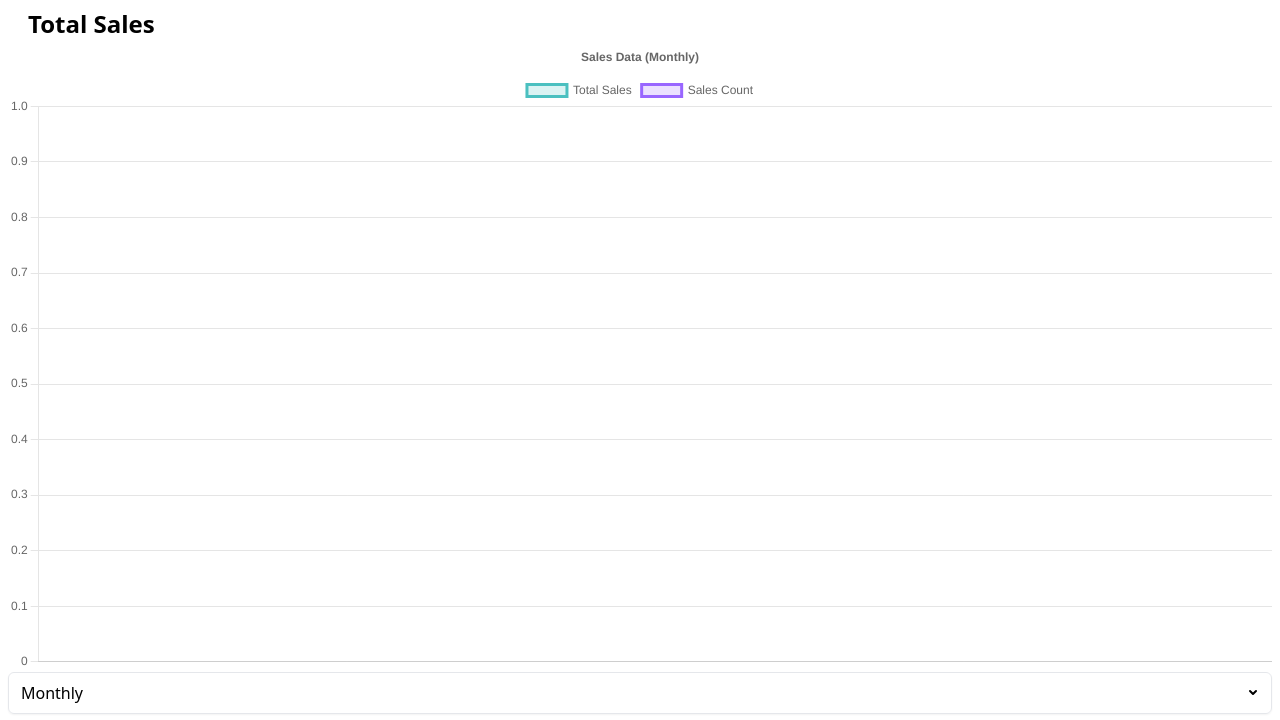
Repository: Qu4ntumGuy/visualize-it
Page: / (app in frontend/)
The author's editor kept a copy of each file at every save. The page is drawn from the files as they stood at one save, then again after the next save.
The browser window is 1280 px wide. The pictures show the whole page.
The page's requests for data from a server got no answer. The project was rebuilt for these pictures with package versions that can differ from the ones it lists, and the page was loaded fresh each time. No one was signed in, and anything a server would have sent is missing.

Above is the page before, as saved 2024-08-19 14:41:18.

### frontend/src/App.js
import axios from "axios";
import TotalSales from "./Components/TotalSales";
import { useEffect, useState } from "react";
import Dropdown from "./Components/Dropdown";

function App() {
  const [data, setData] = useState([]);
  const [dataType, setDataType] = useState("monthly");
  const [inputType, setInputType] = useState("monthlyTotalSales");

  const handleSelect = (option) => {
    setInputType(option);
  };

  const fetchSalesData = async () => {
    try {
      const response = await axios.get(
        `http://localhost:8000/api/${inputType}`
      );
      // console.log(response.data.data);
      setData(response.data.data);
    } catch (error) {
      console.error(error);
    }
  };

  useEffect(() => {
    fetchSalesData();
  }, [inputType]);

  return (
    <div className="h-screen overflow-hidden">
      <div className="h-screen overflow-y-auto p-2 max-w-7xl mx-auto">
        <div className=" text-2xl font-semibold ml-5">Total Sales</div>
        <TotalSales dataType={dataType} fetchedData={data} />
        <div>
          <Dropdown
            options={[
              { value: "monthlyTotalSales", label: "Monthly" },
              { value: "dailyTotalSales", label: "Daily" },
              { value: "quarterlyTotalSales", label: "Quarterly" },
              { value: "yearlyTotalSales", label: "Yearly" },
            ]}
            onSelect={handleSelect}
          />
        </div>
      </div>
    </div>
  );
}

export default App;

### frontend/src/Components/TotalSales.js
import React from "react";
import { Line } from "react-chartjs-2";
import {
  Chart as ChartJS,
  CategoryScale,
  LinearScale,
  PointElement,
  LineElement,
  Title,
  Tooltip,
  Legend,
} from "chart.js";

// Register the necessary components with Chart.js
ChartJS.register(
  CategoryScale,
  LinearScale,
  PointElement,
  LineElement,
  Title,
  Tooltip,
  Legend
);

const TotalSales = ({ dataType, fetchedData }) => {
  console.log(dataType, fetchedData);
  const salesData = fetchedData;
  const labels = salesData.map((item) =>
    dataType === "monthly"
      ? `${item._id.month}/${item._id.year}`
      : `${item._id.quarter}/${item._id.year}`
  );

  const data = {
    labels,
    datasets: [
      {
        label: "Total Sales",
        data: salesData.map((item) => item.totalSales),
        borderColor: "rgba(75, 192, 192, 1)",
        backgroundColor: "rgba(75, 192, 192, 0.2)",
        fill: true,
        tension: 0.3,
      },
      {
        label: "Sales Count",
        data: salesData.map((item) => item.count),
        borderColor: "rgba(153, 102, 255, 1)",
        backgroundColor: "rgba(153, 102, 255, 0.2)",
        fill: true,
        tension: 0.3,
      },
    ],
  };

  const options = {
    responsive: true,
    plugins: {
      legend: {
        position: "top",
      },
      title: {
        display: true,
        text: `Sales Data (${
          dataType.charAt(0).toUpperCase() + dataType.slice(1)
        })`,
      },
    },
    scales: {
      y: {
        beginAtZero: true,
      },
    },
  };

  return <Line data={data} options={options} />;
};

export default TotalSales;

### frontend/src/Components/Dropdown.js
import React, { useState, useEffect, useRef } from "react";

const Dropdown = ({ options, onSelect }) => {
  const [isOpen, setIsOpen] = useState(false);
  const [selectedOption, setSelectedOption] = useState(options[0] || null);
  const dropdownRef = useRef(null);

  const handleSelectOption = (option) => {
    setSelectedOption(option);
    onSelect(option.value);
    setIsOpen(false);
  };

  const handleClickOutside = (event) => {
    if (dropdownRef.current && !dropdownRef.current.contains(event.target)) {
      setIsOpen(false);
    }
  };

  useEffect(() => {
    document.addEventListener("click", handleClickOutside, true);
    return () => {
      document.removeEventListener("click", handleClickOutside, true);
    };
  }, []);

  return (
    <div ref={dropdownRef} className="relative h-full">
      <button
        onClick={() => setIsOpen(!isOpen)}
        className={`inline-flex w-full justify-between border h-full items-center p-2 px-3 rounded-md shadow-sm  focus:outline-none `}
      >
        {selectedOption ? selectedOption.label : "Select an option"}
        <svg
          className="-mr-1 ml-2 h-5 w-5"
          xmlns="http://www.w3.org/2000/svg"
          viewBox="0 0 20 20"
          fill="currentColor"
          aria-hidden="true"
        >
          <path
            fillRule="evenodd"
            d="M6.293 7.293a1 1 0 011.414 0L10 9.586l2.293-2.293a1 1 0 111.414 1.414l-3 3a1 1 0 01-1.414 0l-3-3a1 1 0 010-1.414z"
            clipRule="evenodd"
          />
        </svg>
      </button>

      {isOpen && (
        <div
          className={`bg-gray-300 text-black origin-top-right absolute right-0 mt-2 w-full rounded-md shadow-lg focus:outline-none z-10`}
        >
          <div
            className=""
            role="menu"
            aria-orientation="vertical"
            aria-labelledby="options-menu"
          >
            {options.map((option) => (
              <button
                key={option.value}
                onClick={() => handleSelectOption(option)}
                className={`block w-full text-left px-4 py-2 h-11 hover:bg-gray-200 focus:outline-none`}
                role="menuitem"
              >
                {option.label}
              </button>
            ))}
          </div>
        </div>
      )}
    </div>
  );
};

export default Dropdown;

Loaded but not shown: frontend/public/index.html (common file); frontend/src/index.js (common file); frontend/src/index.css (common file); frontend/src/reportWebVitals.js (common file); frontend/tailwind.config.js (common file)

After the next save:
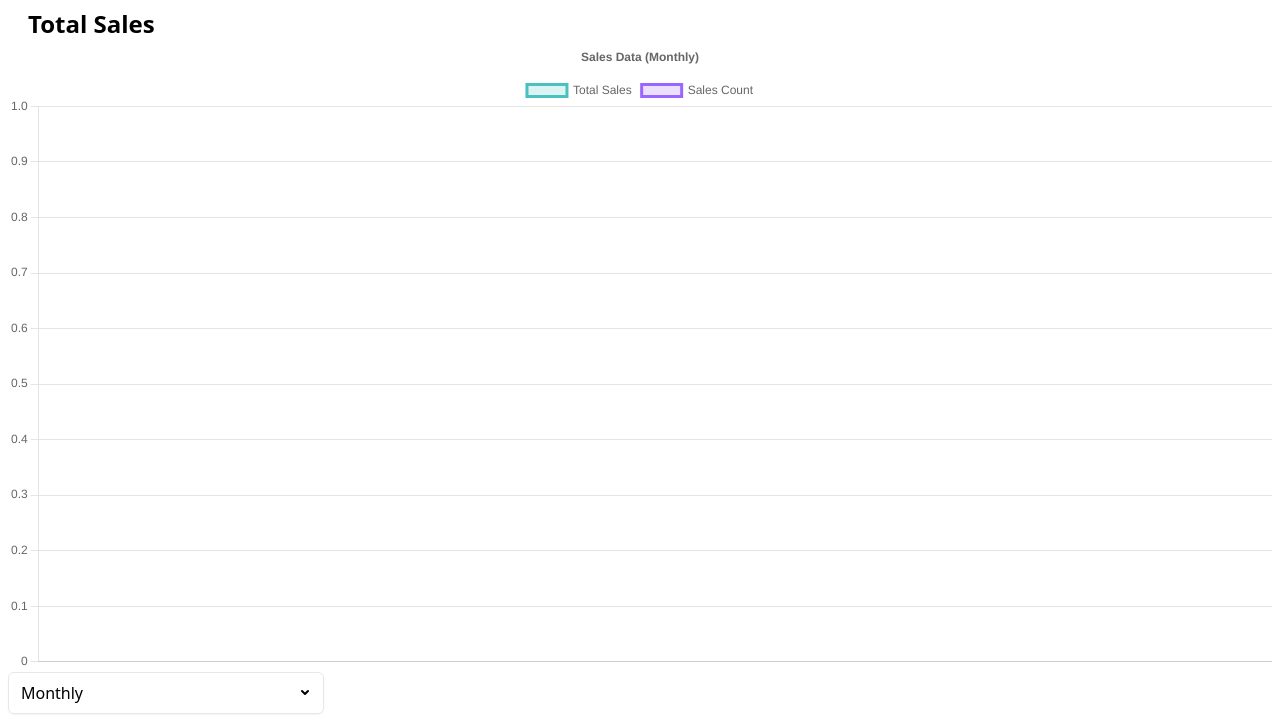
Saved 26 min 17 s later.
--- a/frontend/src/App.js
+++ b/frontend/src/App.js
@@ -33,7 +33,7 @@ function App() {
       <div className="h-screen overflow-y-auto p-2 max-w-7xl mx-auto">
         <div className=" text-2xl font-semibold ml-5">Total Sales</div>
         <TotalSales dataType={dataType} fetchedData={data} />
-        <div>
+        <div className=" w-1/4">
           <Dropdown
             options={[
               { value: "monthlyTotalSales", label: "Monthly" },
